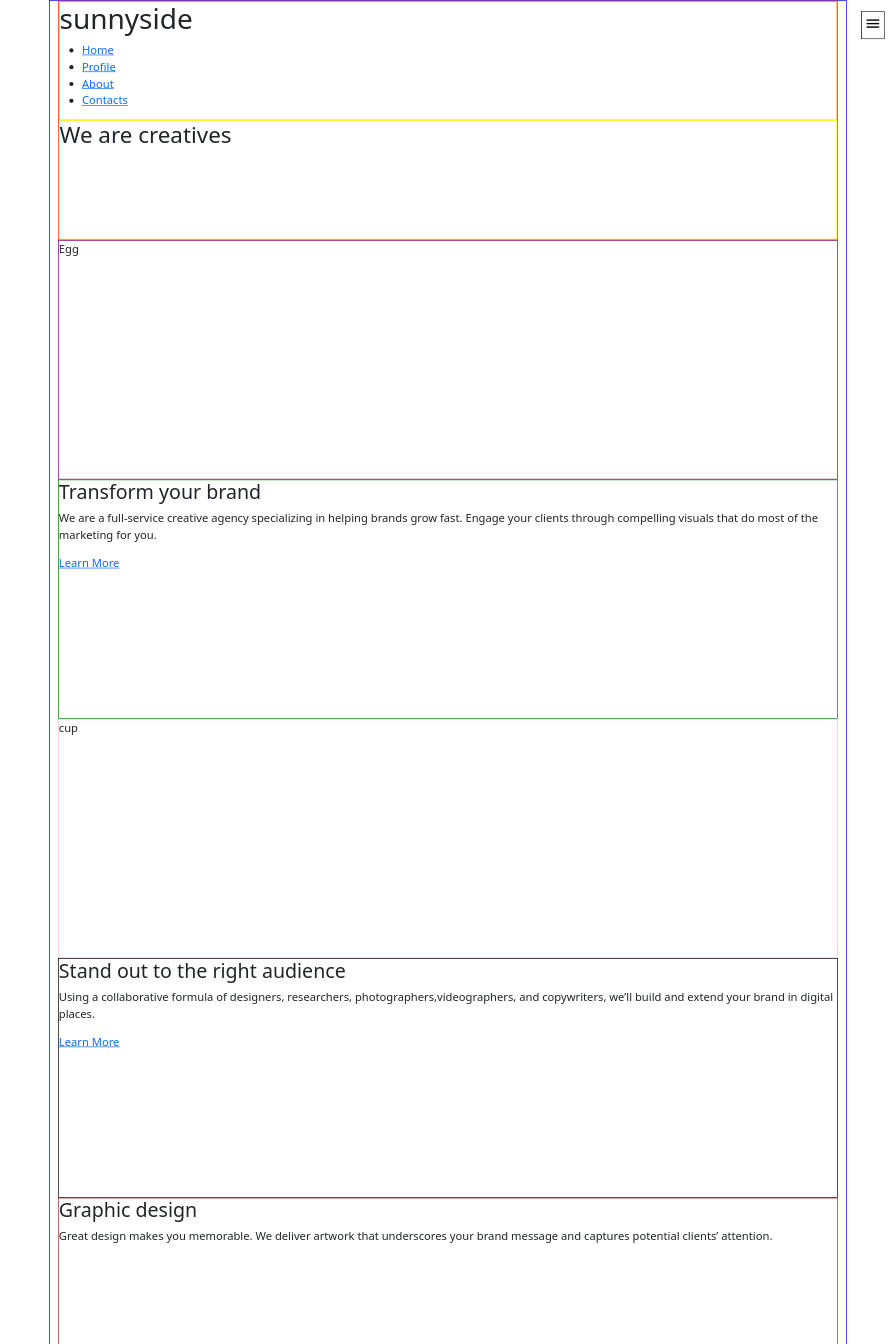
Repository: Roshanell/Sunny-Side-Agency
Page: index.html
The author's editor kept a copy of each file at every save. The page is drawn from the files as they stood at one save, then again after the next save.
The browser window is 1280 px wide. The pictures show the part of the page from y = 0 to 1920 px (the page is 4106 px tall before and 1581 px after), at 70% of full size.

Above is the page before, as saved 2022-07-01 13:33:49.

After the next save:
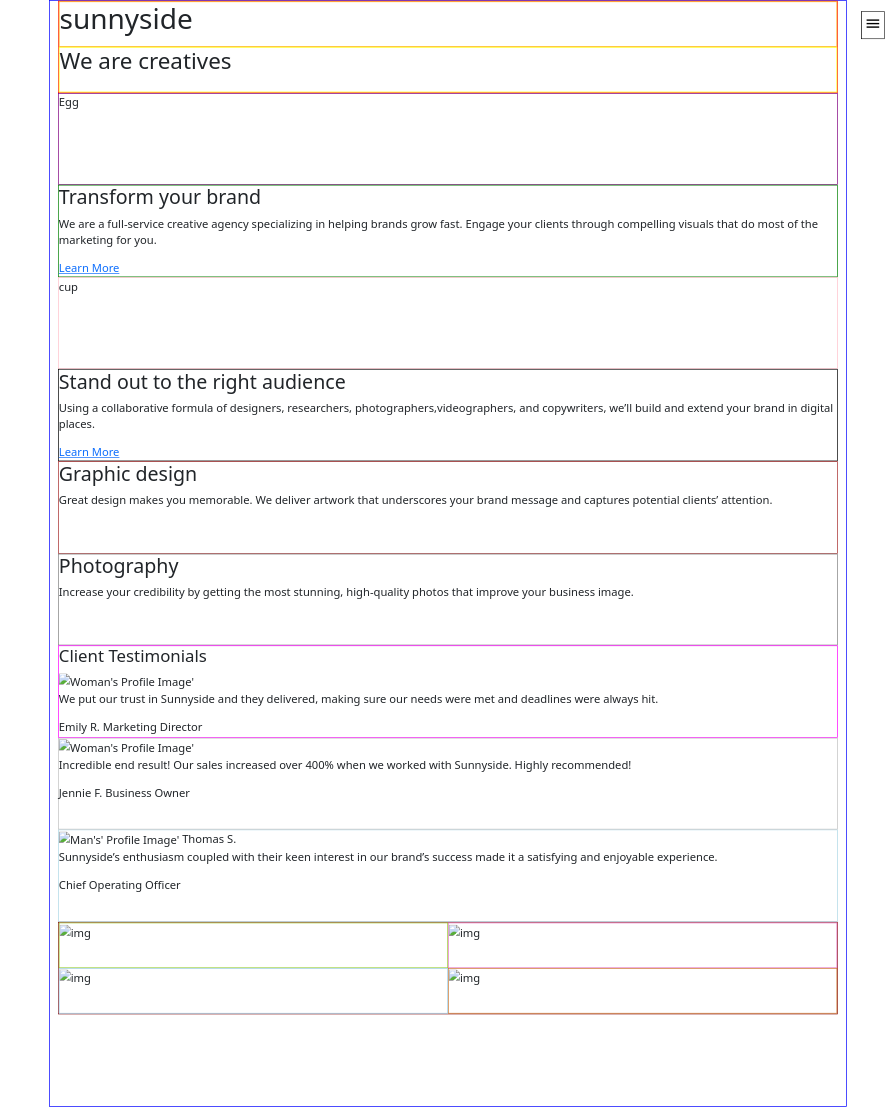
Saved 10 s later.
--- a/css/style.css
+++ b/css/style.css
@@ -36,7 +36,20 @@
   display: none;
 }
 
-
+.menu {
+  position: fixed;
+  transform: translateY(-100%);
+  transition: transform 0.2s;
+  top: 0;
+  left: 0;
+  right: 0;
+  bottom: 0;
+  z-index: 99;
+  background: black;
+  color: white;
+  list-style: none;
+  padding-top: 4rem;
+}
 body {
 }
 
